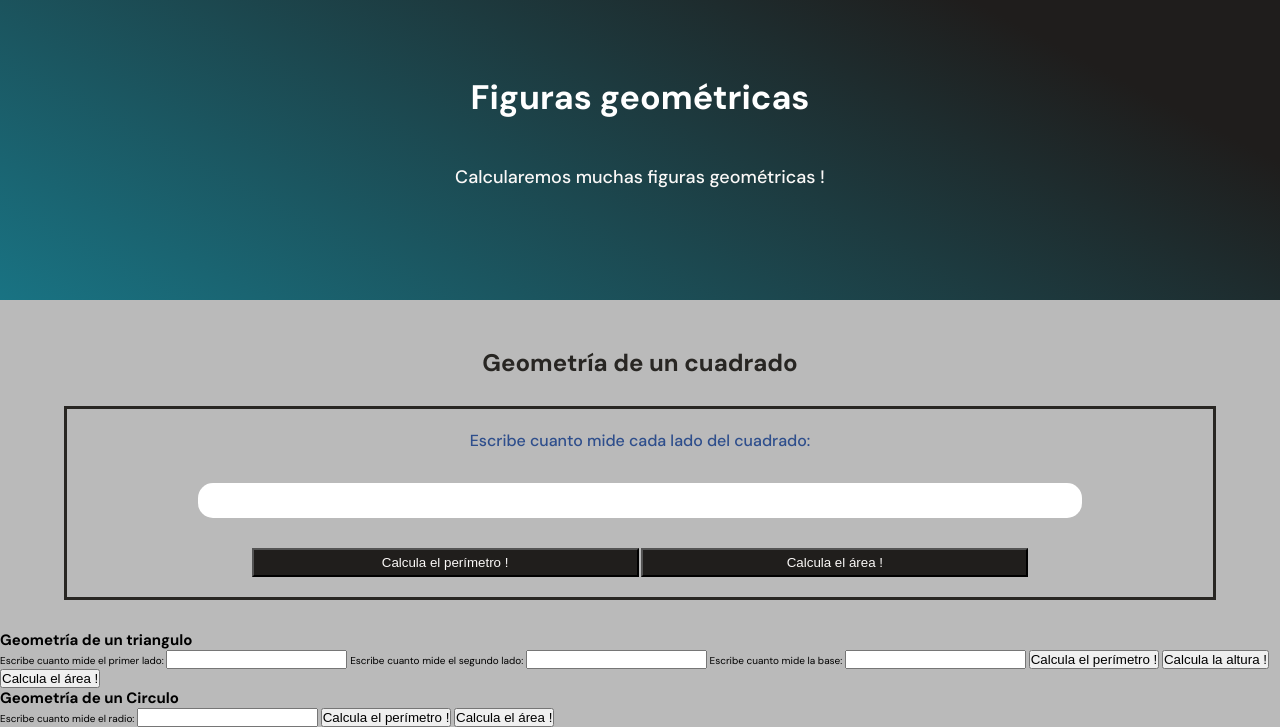
Repository: ChristianGecchelin/javascript-project
Page: javascript-project/figuras-geometricas/figuras.html
The author's editor kept a copy of each file at every save. The page is drawn from the files as they stood at one save, then again after the next save.
The browser window is 1280 px wide. The pictures show the whole page.

Above is the page before, as saved 2021-12-01 23:56:18.

### javascript-project/figuras-geometricas/figuras.html
<!DOCTYPE html>
<html lang="en">
  <head>
    <meta charset="UTF-8" />
    <meta http-equiv="X-UA-Compatible" content="IE=edge" />
    <meta name="viewport" content="width=device-width, initial-scale=1.0" />
    <title>Figuras geométricas | Proyecto 1</title>
    <link rel="preconnect" href="https://fonts.googleapis.com" />
    <link rel="preconnect" href="https://fonts.gstatic.com" crossorigin />
    <link
      href="https://fonts.googleapis.com/css2?family=DM+Sans:wght@400;500;700&family=Inter:wght@300;500&display=swap"
      rel="stylesheet"
    />
    <link rel="stylesheet" href="./style.css" />
  </head>
  <body>
    <header>
      <div class="header--title-container">
        <h1>Figuras geométricas</h1>
        <p>Calcularemos muchas figuras geométricas !</p>
      </div>
    </header>
    <main>
      <section class="main-calculadora-contenedor">
        <h2 class="main-calculadora-contenedor--title">
          Geometría de un cuadrado
        </h2>
        <div class="main-calculadora-form-contenedor">
          <form action="">
            <label class="form--label-input" for=""
              >Escribe cuanto mide cada lado del cuadrado:</label
            >
            <input class="form--input" type="number" id="inputCuadrado" />
            <button
              class="form--input-boton"
              type="button"
              onclick="calcularPerimetroCuadrado()"
            >
              Calcula el perímetro !
            </button>
            <button
              class="form--input-boton"
              type="button"
              onclick="calcularAreaCuadrado()"
            >
              Calcula el área !
            </button>
            <!-- type button, para quitarle el submit por defecto y que no me redireccione a ningun lado -->
          </form>
        </div>
      </section>
      <section>
        <h2>Geometría de un triangulo</h2>
        <form action="">
          <label for="">Escribe cuanto mide el primer lado:</label>
          <input type="number" id="inputLado1" />
          <label for="">Escribe cuanto mide el segundo lado:</label>
          <input type="number" id="inputLado2" />
          <label for="">Escribe cuanto mide la base:</label>
          <input type="number" id="inputBase" />
          <button type="button" onclick="calcularPerimetroTriangulo()">
            Calcula el perímetro !
          </button>
          <button type="button" onclick="calcularAlturaTriangulo()">
            Calcula la altura !
          </button>
          <button type="button" onclick="calcularAreaTriangulo()">
            Calcula el área !
          </button>
          <!-- type button, para quitarle el submit por defecto y que no me redireccione a ningun lado -->
        </form>
      </section>
      <section>
        <h2>Geometría de un Circulo</h2>
        <form action="">
          <label for="">Escribe cuanto mide el radio:</label>
          <input type="number" id="inputRadio" />
          <button type="button" onclick="calcularPerimetroCirculo()">
            Calcula el perímetro !
          </button>
          <button type="button" onclick="calcularAreaCirculo()">
            Calcula el área !
          </button>
          <!-- type button, para quitarle el submit por defecto y que no me redireccione a ningun lado -->
        </form>
      </section>
    </main>
    <script src="./figurasConFunciones.js"></script>
  </body>
</html>

### javascript-project/figuras-geometricas/style.css
:root {
  --Dark-lightblue: #197383;
  --soft-orange: #ffe9d5;
  --secondary-blue: #1a9af7;
  --soft-blue: #e7f5ff;
  --warm-black: #201e1c;
  --black: #282623;
  --grey: #bababa;
  --off-white: #faf8f7;
  --just-white: #fff;
}
* {
  box-sizing: border-box;
  margin: 0;
  padding: 0;
}
html {
  font-size: 62.5%;
  font-family: "DM Sans", sans-serif;
}
header {
  position: relative;
  display: flex;
  flex-direction: column;
  justify-content: center;
  width: 100%;
  min-width: 320px;
  height: 300px;
  text-align: center;
  background: linear-gradient(207.8deg, #1f1d1c 16.69%, #197383 100%);
}
header .header--title-container {
  width: 90%;
  min-width: 288px;
  max-width: 900px;
  height: 200px;
  text-align: center;
  align-self: center;
}
header .header--title-container h1 {
  margin-top: 30px;
  margin-bottom: 50px;
  font-size: 3.4rem;
  font-weight: 700;
  line-height: 3.6rem;
  color: var(--just-white);
}
header .header--title-container p {
  font-size: 1.8rem;
  font-weight: 500;
  line-height: 2.2rem;
  color: var(--off-white);
}
main {
  width: 100%;
  height: auto;
  background-color: var(--grey);
  min-width: 320px;
}
.main-calculadora-contenedor {
  width: 90%;
  min-width: 280px;
  height: auto;
  margin: 0 auto;
  padding-top: 50px;
  padding-bottom: 30px;
  text-align: center;
}
.main-calculadora-contenedor--title {
  margin-bottom: 30px;
  font-size: 2.4rem;
  font-weight: 700;
  line-height: 2.6rem;
  color: var(--black);
}
.main-calculadora-form-contenedor {
  display: flex;
  flex-direction: column;
  justify-content: center;
  height: auto;
  border: 3px solid var(--black);
  padding: 20px 20px;
}
.main-calculadora-form-contenedor .form--label-input {
  display: block;
  font-size: 1.6rem;
  font-weight: 500;
  line-height: 2.4rem;
  color: rgba(34, 68, 136, 0.92);
}
.main-calculadora-form-contenedor .form--input {
  display: block;
  width: 80%;
  height: 35px;
  margin: 30px auto;
  border: none;
  border-radius: 15px;
  text-align: center;
  font-size: 2rem;
  font-weight: 500;
}
.main-calculadora-form-contenedor .form--input:focus {
  border: 5px solid var(--Dark-lightblue);
  width: 85%;
  border-radius: 15px;
}
.main-calculadora-form-contenedor .form--input-boton {
  width: 35%;
  height: auto;
  padding: 5px 10px;
  background-color: var(--warm-black);
  color: var(--off-white);
}

### javascript-project/figuras-geometricas/figurasConFunciones.js
/* Codigo del cuadrado */
console.group("Cuadrado");
function perimetroCuadrado(lado) {
  return lado * 4;
}
/* console.log(`Perimetro del cuadrado es: ${perimetroCuadrado} cm.`); */
function areaCuadrado(lado) {
  return (
    lado ** 2
  ); /* debe estar escrito de igual manera el parametro que el return */
}

/* console.log(`El area del cuadrado es: ${areaCuadrado} cm^2.`); */
console.groupEnd();

/* Codigo del triangulo */
console.group("Triangulo");

function perimetroTriangulo(lado1, lado2, base) {
  return lado1 + lado2 + base;
}
function calcularAltura(lado1, lado2, lado3) {
  let ladosIguales;
  let ladoBase;
  let altura;

  if (
    lado1 + lado2 <= lado3 ||
    lado1 + lado3 <= lado2 ||
    lado2 + lado3 <= lado1
  ) {
    alert(
      "En un triangulo la base no puede ser mayor a la suma de sus catetos"
    );
  } else {
    switch (true) {
      case lado1 === lado2:
        ladosIguales = lado1;
        ladoBase = lado3;
        break;
      case lado1 === lado3:
        ladosIguales = lado1;
        ladoBase = lado2;
        break;
      case lado3 === lado2:
        ladosIguales = lado2;
        ladoBase = lado1;
        break;
    }
    if (!ladosIguales) {
      alert("Tu triangulo no es isosceles, ingresa la altura");
    } else {
      altura = Math.sqrt(ladosIguales ** 2 - ladoBase ** 2 / 4);
    }
  }
  return ladosIguales, ladoBase, altura;
}
function areaTriangulo(ladoBase, altura) {
  return (
    (ladoBase * altura) / 2
  ); /* tengo que llamar a la funcion altura para pasarle el dato */
}
console.groupEnd();

//Codigo Circulo
console.group("Circulo");
function diametroCirculo(radio) {
  return radio * 2;
}
const pi = Math.PI;
function circunferencia(radio) {
  const diametro = diametroCirculo(radio);
  /* llamo a una funcion dentro de otra y creo una variable que tiene alcance local */
  return diametro * pi;
}
function superficieCirculo(radio) {
  return pi * radio ** 2;
}

console.groupEnd();
/* Creo una funcion, que a traves del id obtengo lo que el usuario ingreso en el input. y con eso le saco el value que le paso
a la funcion que cree antes y es la encargada de hacer el calculo para luego mostrarse en un aler */
function calcularPerimetroCuadrado() {
  const input = document.getElementById("inputCuadrado");
  const value = input.value;
  const perimetro = perimetroCuadrado(value);
  alert(perimetro);
}
function calcularAreaCuadrado() {
  const input = document.getElementById("inputCuadrado");
  const value = input.value;
  const area = areaCuadrado(value);
  alert(area);
}

function calcularPerimetroTriangulo() {
  const inputLado1 = document.getElementById("inputLado1");
  const valueLado1 = Number(inputLado1.value);
  const inputLado2 = document.getElementById("inputLado2");
  const valueLado2 = Number(inputLado2.value);
  const inputBase = document.getElementById("inputBase");
  const valueBase = Number(inputBase.value);
  /* Es importante ponerle number porque por mas que el input tenga type number, este lo transforma como un string */
  const perimetro = perimetroTriangulo(valueLado1, valueLado2, valueBase);
  alert(perimetro);
}

function calcularAlturaTriangulo() {
  const inputLado1 = document.getElementById("inputLado1");
  const valueLado1 = Number(inputLado1.value);
  const inputLado2 = document.getElementById("inputLado2");
  const valueLado2 = Number(inputLado2.value);
  const inputBase = document.getElementById("inputBase");
  const valueBase = Number(inputBase.value);
  const alturaTriangulo = calcularAltura(valueLado1, valueLado2, valueBase);
  alert(alturaTriangulo);
}

function calcularAreaTriangulo() {
  /* const inputAltura = document.getElementById("inputAltura");
  const valueAltura = Number(inputAltura.value);
  const inputBase = document.getElementById("inputBase");
  const valueBase = inputBase.value;
  const area = areaTriangulo(valueAltura, valueBase);
  alert(area); */
  const inputLado1 = document.getElementById("inputLado1");
  const valueLado1 = Number(inputLado1.value);
  const inputLado2 = document.getElementById("inputLado2");
  const valueLado2 = Number(inputLado2.value);
  const inputBase = document.getElementById("inputBase");
  const valueBase = Number(inputBase.value);
  const altura = calcularAltura(valueLado1, valueLado2, valueBase);
  const area = areaTriangulo(valueBase, altura);
  alert(area);
}

function calcularPerimetroCirculo() {
  const inputRadio = document.getElementById("inputRadio");
  const valueRadio = inputRadio.value;
  const perimetro = circunferencia(valueRadio);
  alert(perimetro);
}
function calcularAreaCirculo() {
  const inputRadio = document.getElementById("inputRadio");
  const valueRadio = inputRadio.value;
  const superficie = superficieCirculo(valueRadio);
  alert(superficie);
}

After the next save:
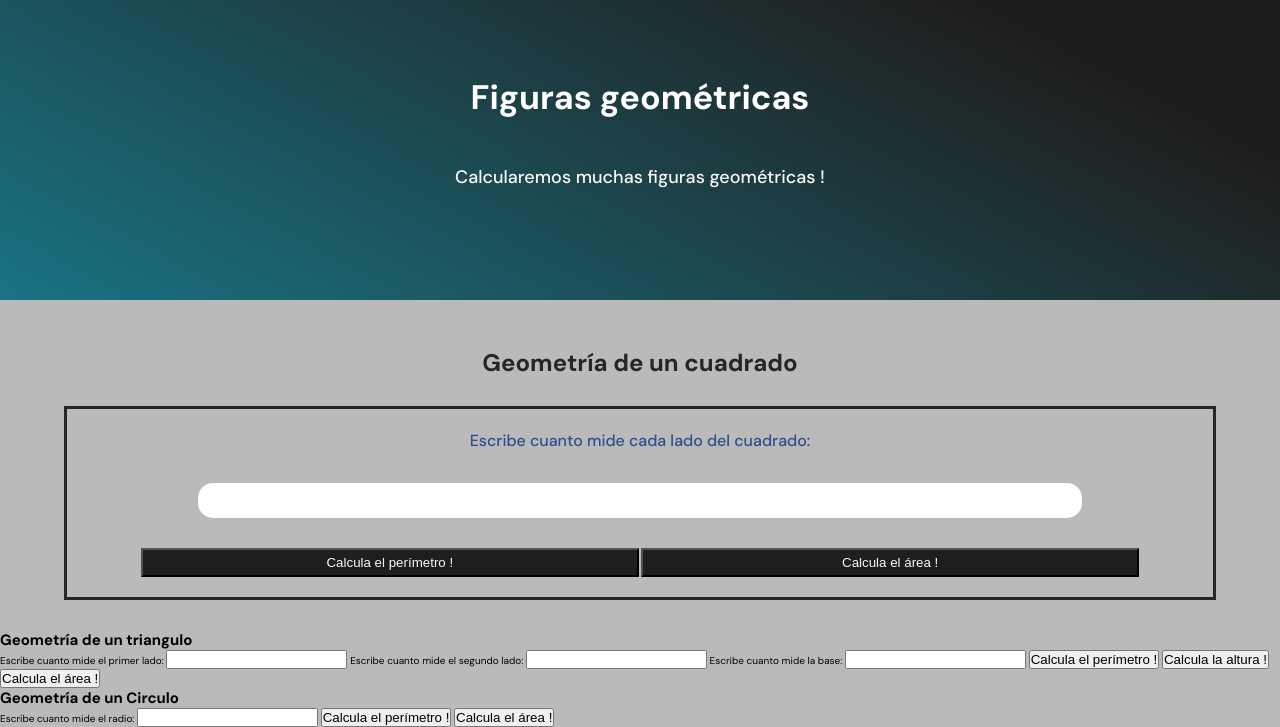
Saved 32 s later.
--- a/javascript-project/figuras-geometricas/style.css
+++ b/javascript-project/figuras-geometricas/style.css
@@ -105,7 +105,7 @@ main {
   border-radius: 15px;
 }
 .main-calculadora-form-contenedor .form--input-boton {
-  width: 35%;
+  width: 45%;
   height: auto;
   padding: 5px 10px;
   background-color: var(--warm-black);
